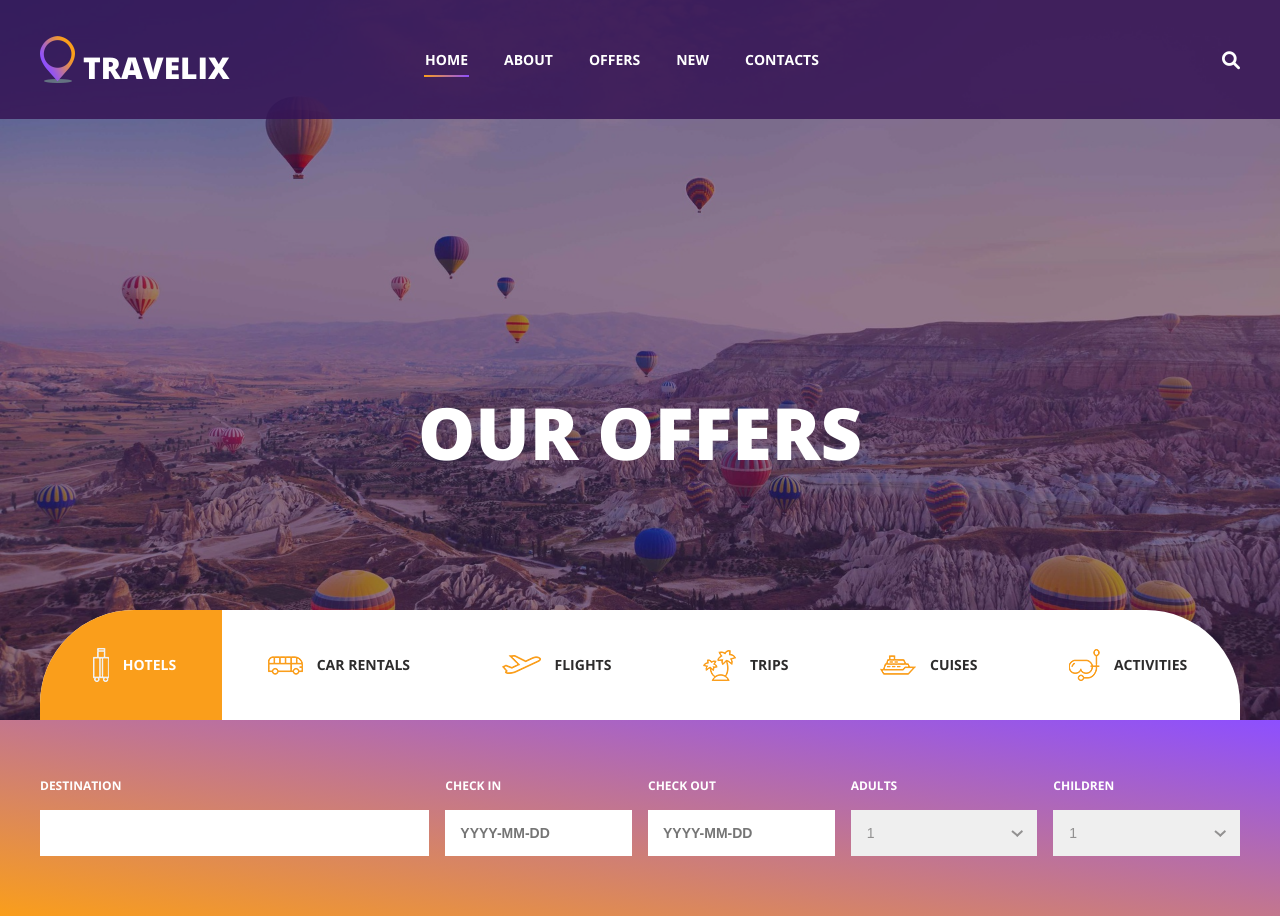
Repository: phamhuuloc/Travelix_Template
Page: offers.html
These files come from the project's save history. The page is drawn as it stood at one moment and after the next save; the edit follows.
The browser window is 1280 px wide. The pictures show the whole page.
Some web fonts or font styles are not loaded; a fallback is used.

Above is the page before, as saved 2021-10-17 10:59:49.

After the next save:
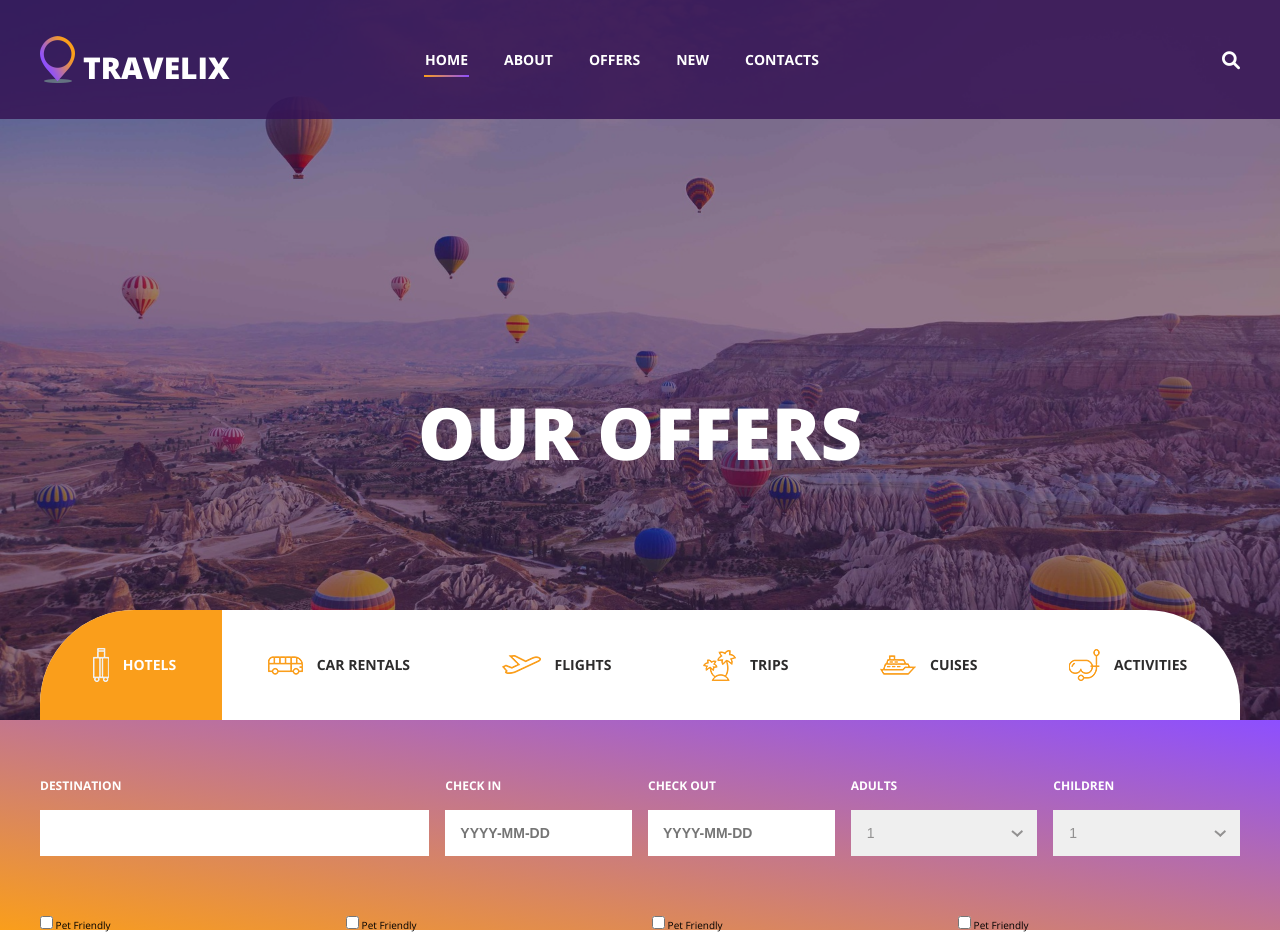
Saved 5 min 46 s later.
--- a/offers.html
+++ b/offers.html
@@ -239,5 +239,25 @@
         </div>
       </div>
     </div>
+    <div class="search__extra">
+      <div class="row">
+        <div class="search__extra--items col l-3">
+          <input type="checkbox"></input>
+          <label for="#">Pet Friendly</label>
+        </div>
+        <div class="search__extra--items col l-3">
+          <input type="checkbox"></input>
+          <label for="#">Pet Friendly</label>
+        </div>
+        <div class="search__extra--items col l-3">
+          <input type="checkbox"></input>
+          <label for="#">Pet Friendly</label>
+        </div>
+        <div class="search__extra--items col l-3">
+          <input type="checkbox"></input>
+          <label for="#">Pet Friendly</label>
+        </div>
+      </div>
+    </div>
   </div>
 </section>
